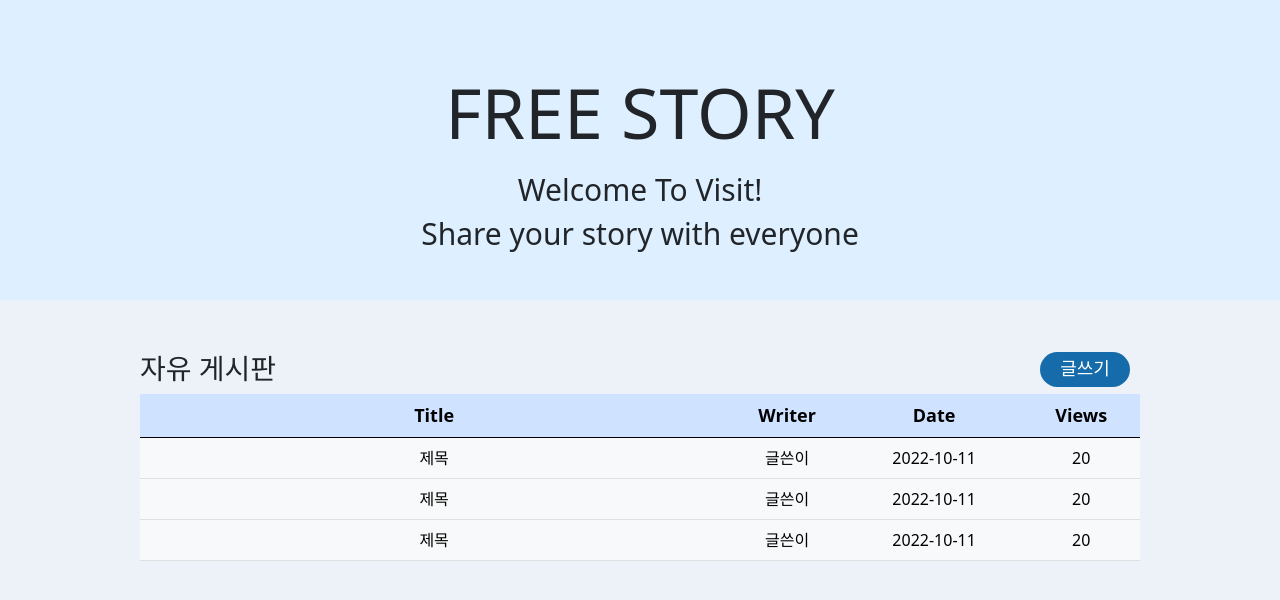
Repository: CISXO/JSP
Page: http://localhost/yea/board.jsp
An editor plug-in stored every save of this project. The page is shown before and after the next save, followed by the edit.
The browser window is 1280 px wide. The pictures show the whole page.
The page is served by Tomcat 9. Queries for data that is not in the repository find no rows.

Above is the page before, as saved 2022-12-10 10:53:17.

After the next save:
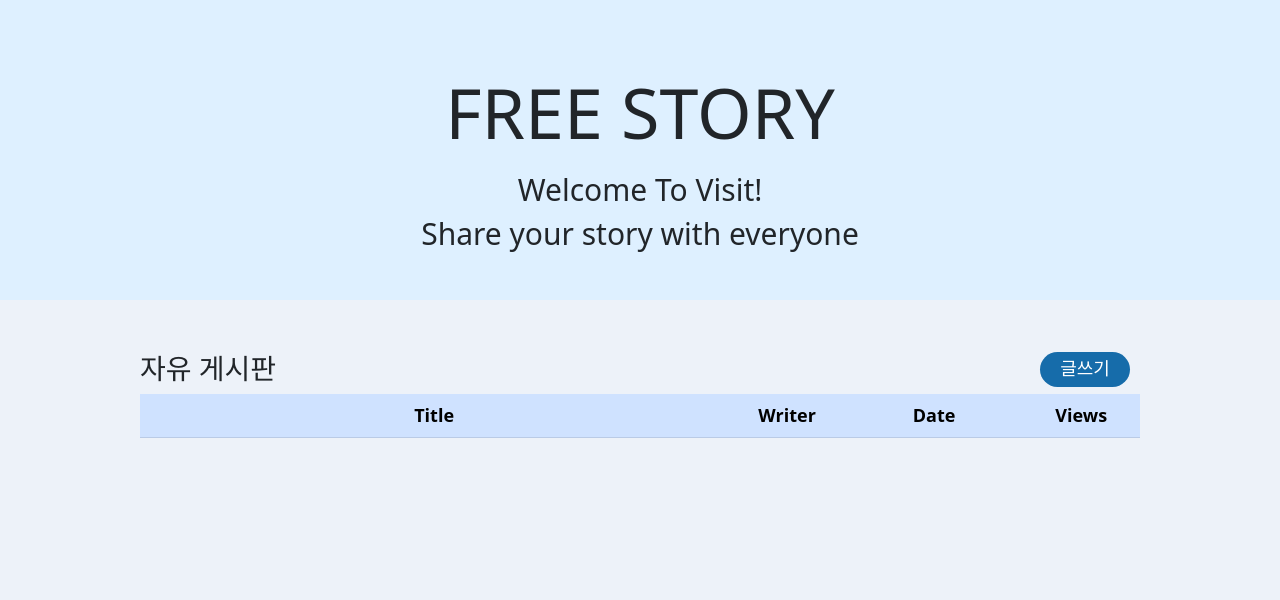
Saved 21 min 30 s later.
--- a/JSPproject/yea/src/main/webapp/board.jsp
+++ b/JSPproject/yea/src/main/webapp/board.jsp
@@ -1,5 +1,5 @@
 <%@ page language="java" contentType="text/html; charset=EUC-KR"
-    pageEncoding="EUC-KR"%>
+    pageEncoding="EUC-KR" import="java.sql.*"%>
 
 <!DOCTYPE html>
 <html lang="en">
@@ -20,6 +20,25 @@
 
     <title>Board</title>
 </head>
+<%
+
+Class.forName("org.mariadb.jdbc.Driver");
+String jdbcDriver = "jdbc:mariadb://localhost:3306/web";
+String dbUser = "root";
+String dbPass = "22489612up!";
+
+
+Connection conn = null;
+Statement stmt = null;
+ResultSet result = null;
+
+try {
+	conn = DriverManager.getConnection(jdbcDriver, dbUser, dbPass);
+	stmt = conn.createStatement();
+	String search = request.getParameter("search");
+	String query = "SELECT * FROM user,board where user.id = board.userID";
+	result = stmt.executeQuery(query);
+%>
 
 <body style="background-color: #edf2f9 !important;">
     <!-- <nav class="navbar navbar-expand-lg navbar-light bg-light">
@@ -58,31 +77,30 @@
                             <td>Views</td>
                         </tr>
                     </thead>
+                    <%
+                    while(result.next()) {
+                    %>
                     <tbody class="table-light">
                         <tr>
-                            <td>제목</td>
+                            <td><%=result.getString("boardTitle")%></td>
                             <td>글쓴이</td>
-                            <td>2022-10-11</td>
-                            <td>20</td>
-                        </tr>
-                        <tr>
-                            <td>제목</td>
-                            <td>글쓴이</td>
-                            <td>2022-10-11</td>
-                            <td>20</td>
-                        </tr>
-                        <tr>
-                            <td>제목</td>
-                            <td>글쓴이</td>
-                            <td>2022-10-11</td>
+                            <td><%=result.getString("boardDate")%></td>
                             <td>20</td>
                         </tr>
                     </tbody>
+                    <%} %>
                 </table>
             </div>
         </div>
     </div>
-
+<%
+	result.close();
+	stmt.close();
+	conn.close();
+} catch(SQLException e) {
+	out.println("err."+e.toString());
+}
+	%>
 </body>
 
 </html>
